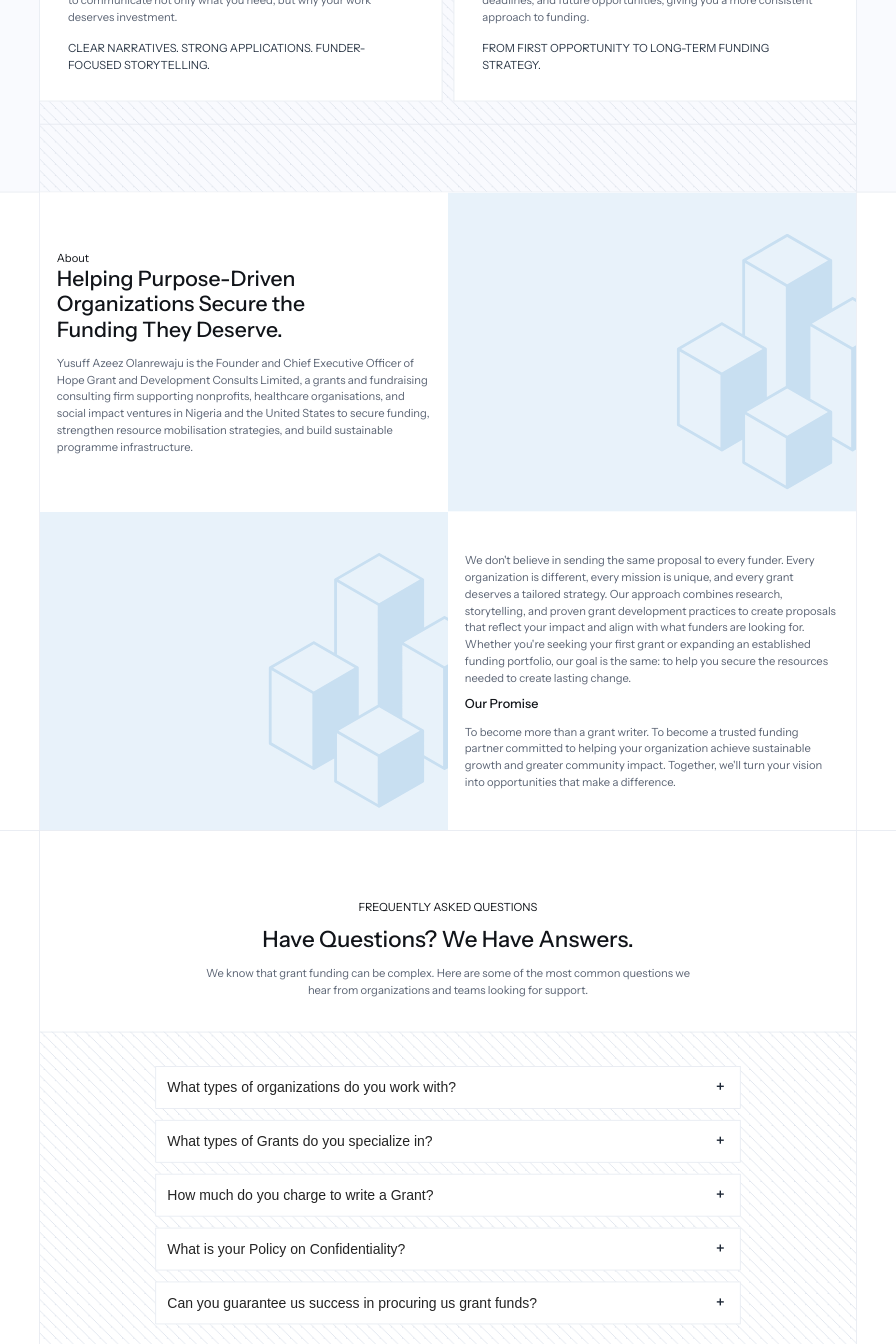
Repository: Ajeyinka/Upgrowth
Page: index.html
These files come from the project's save history. The page is drawn as it stood at one moment and after the next save; the edit follows.
The browser window is 1280 px wide. The pictures show the part of the page from y = 3847 to 5767 px (the page is 6758 px tall), at 70% of full size.

Above is the page before, as saved 2026-09-24 18:21:44.

After the next save:
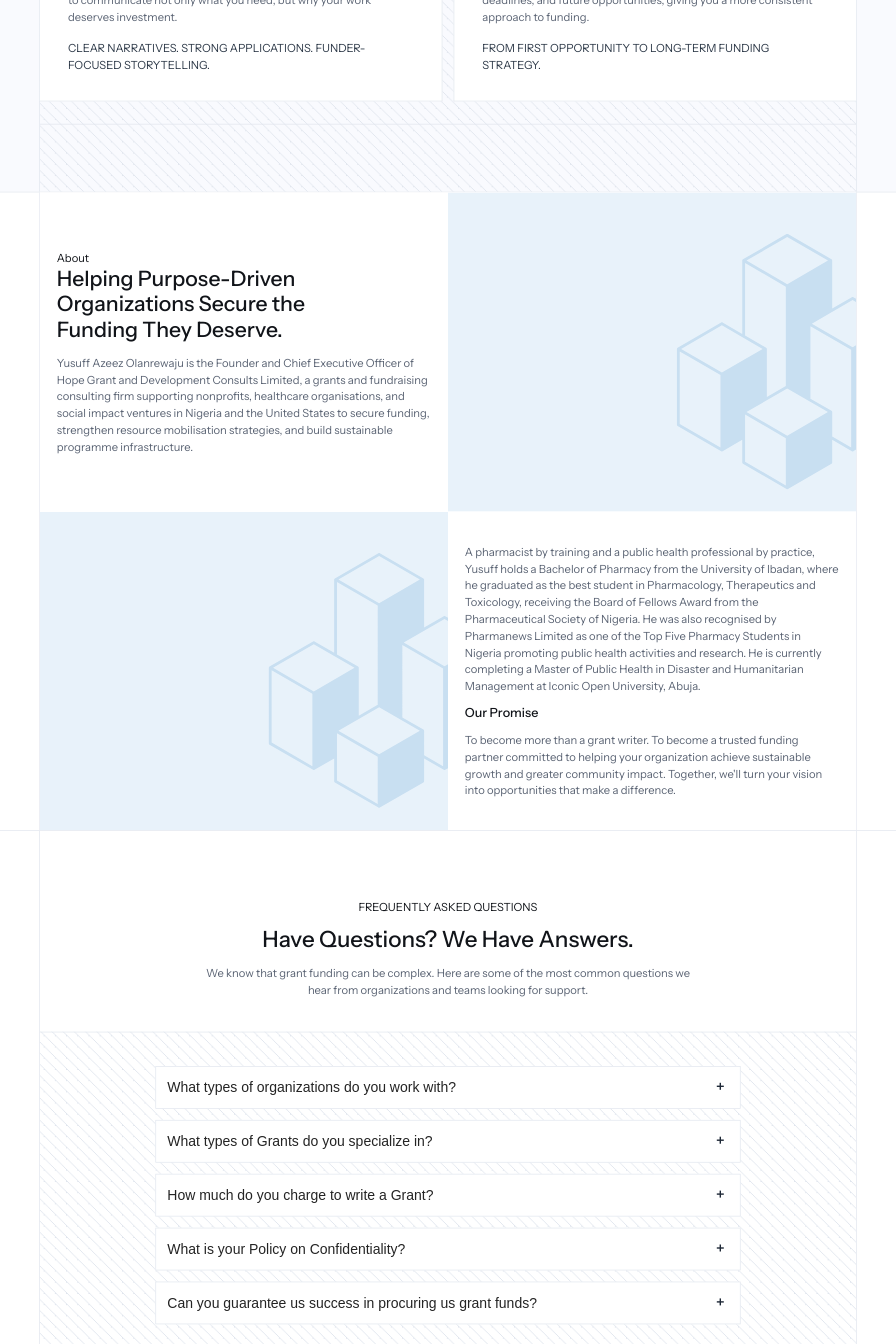
Saved 10 s later.
--- a/index.html
+++ b/index.html
@@ -289,15 +289,7 @@
             <div class="grid-text">
               <div>
                 <p>
-                  We don't believe in sending the same proposal to every
-                  funder. Every organization is different, every mission is
-                  unique, and every grant deserves a tailored strategy. Our
-                  approach combines research, storytelling, and proven grant
-                  development practices to create proposals that reflect your
-                  impact and align with what funders are looking for. Whether
-                  you're seeking your first grant or expanding an established
-                  funding portfolio, our goal is the same: to help you secure
-                  the resources needed to create lasting change.
+                 A pharmacist by training and a public health professional by practice, Yusuff holds a Bachelor of Pharmacy from the University of Ibadan, where he graduated as the best student in Pharmacology, Therapeutics and Toxicology, receiving the Board of Fellows Award from the Pharmaceutical Society of Nigeria. He was also recognised by Pharmanews Limited as one of the Top Five Pharmacy Students in Nigeria promoting public health activities and research. He is currently completing a Master of Public Health in Disaster and Humanitarian Management at Iconic Open University, Abuja.
                 </p>
 
                 <h3>Our Promise</h3>
